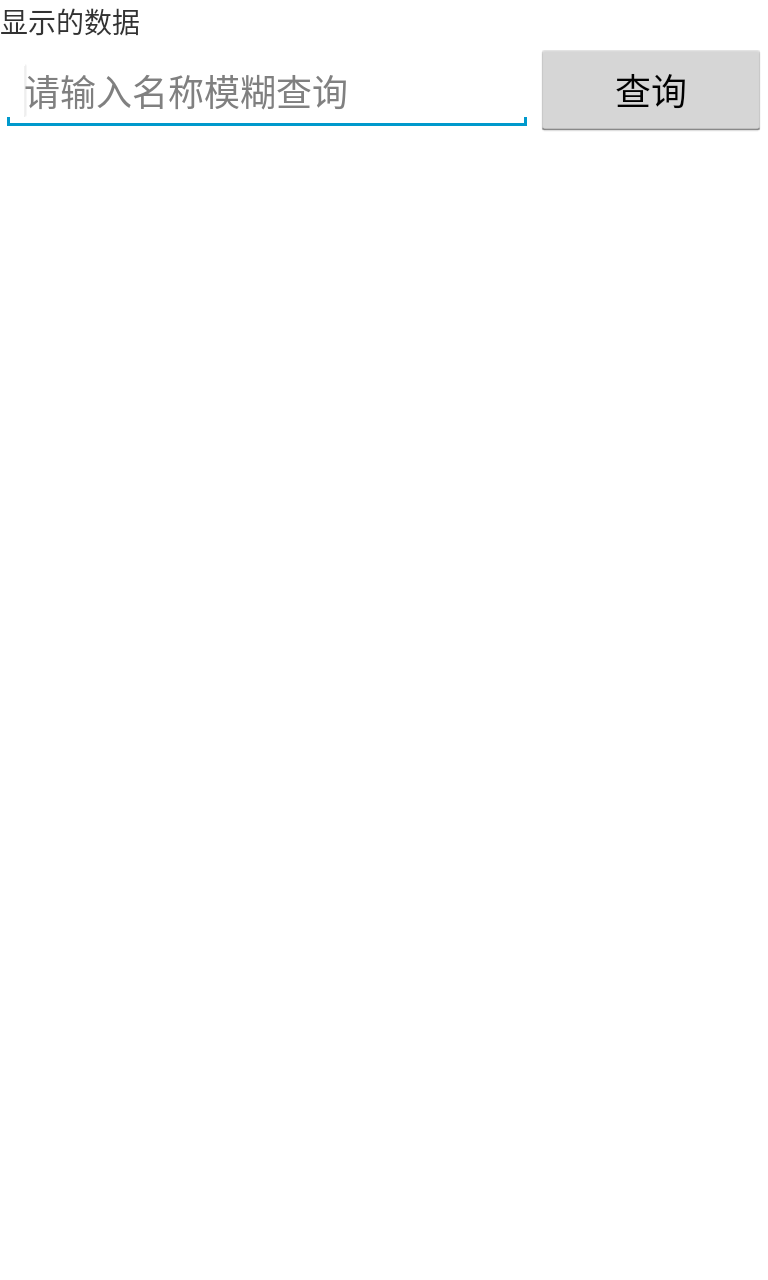
Repository: moetmd/learning-Android
Layout: ContentProviderDemo/res/layout/show.xml
The author's editor kept a copy of each file at every save. The layout is drawn from the files as they stood at one save, then again after the next save.
It is drawn on a 768 x 1280 px phone screen (xhdpi) without system bars, with theme AppTheme; the app's code is not run. Lists and similar views that code fills are empty.

Above is the layout before, as saved 2014-11-19 02:42:12.

### ContentProviderDemo/res/layout/show.xml
<?xml version="1.0" encoding="utf-8"?>
<LinearLayout xmlns:android="http://schemas.android.com/apk/res/android"
    android:layout_width="match_parent"
    android:layout_height="match_parent"
    android:orientation="vertical">

    <TextView
        android:id="@+id/textView1"
        android:layout_width="wrap_content"
        android:layout_height="wrap_content"
        android:text="显示的数据" />

    <LinearLayout
        android:layout_width="match_parent"
        android:layout_height="100dp"
        android:orientation="horizontal" >

        <EditText
            android:id="@+id/search_txt"
            android:layout_width="200dp"
            android:layout_height="wrap_content"
            android:layout_weight="0.8"
            android:hint="请输入名称模糊查询"
            android:ems="10" >
            <requestFocus />
        </EditText>

         <Button
            android:id="@+id/search_bnt"
            android:layout_width="100dp"
            android:layout_height="wrap_content"
             android:layout_weight="0.2"
            android:text="查询" />

    </LinearLayout>



    <ListView
        android:id="@+id/listView1"
        android:layout_width="match_parent"
        android:layout_height="0dp"
        android:dividerHeight="1dp"
        android:layout_marginTop="2dp"
        android:layout_weight="1" >
    </ListView>

</LinearLayout>

Loaded but not shown: ContentProviderDemo/res/values/styles.xml (common file); ContentProviderDemo/res/values-v11/styles.xml (common file); ContentProviderDemo/res/values-v14/styles.xml (common file)

After the next save:
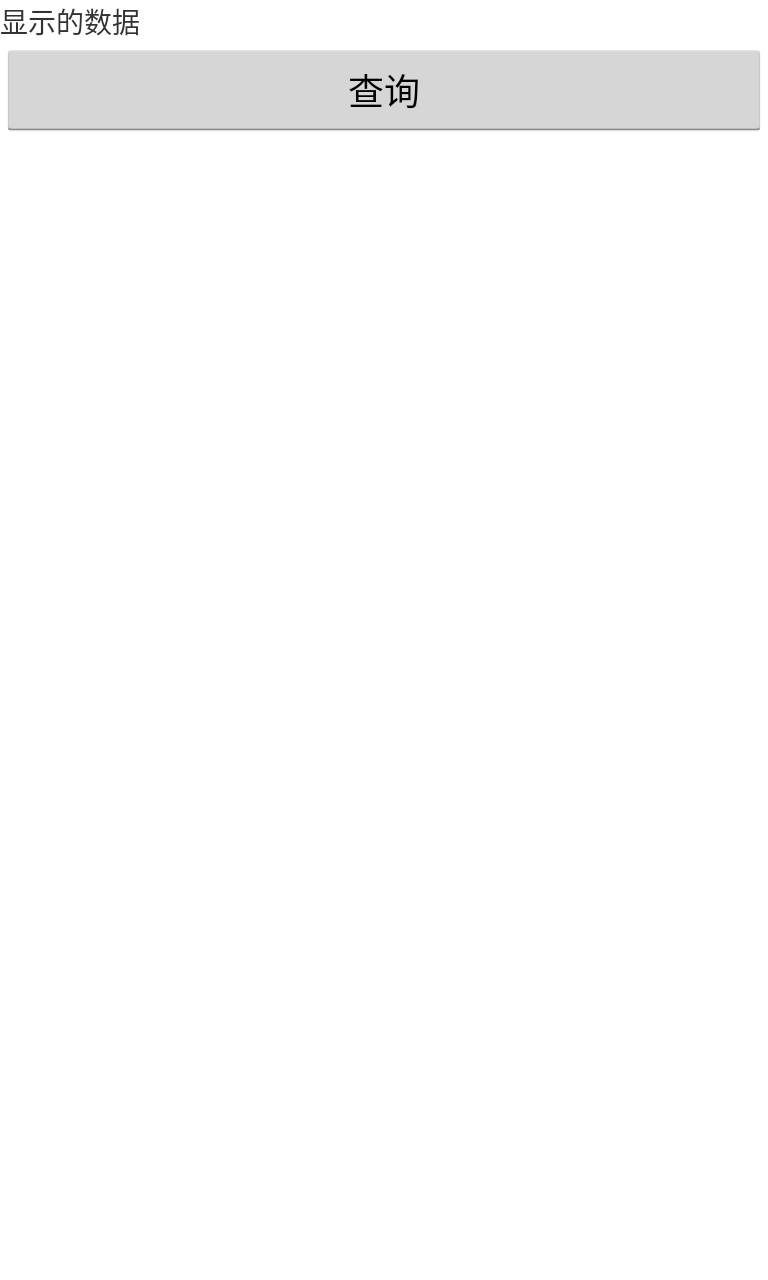
Saved 85 s later.
--- a/ContentProviderDemo/res/layout/show.xml
+++ b/ContentProviderDemo/res/layout/show.xml
@@ -14,16 +14,6 @@
         android:layout_width="match_parent"
         android:layout_height="100dp"
         android:orientation="horizontal" >
-
-        <EditText
-            android:id="@+id/search_txt"
-            android:layout_width="200dp"
-            android:layout_height="wrap_content"
-            android:layout_weight="0.8"
-            android:hint="请输入名称模糊查询"
-            android:ems="10" >
-            <requestFocus />
-        </EditText>
 
          <Button
             android:id="@+id/search_bnt"
